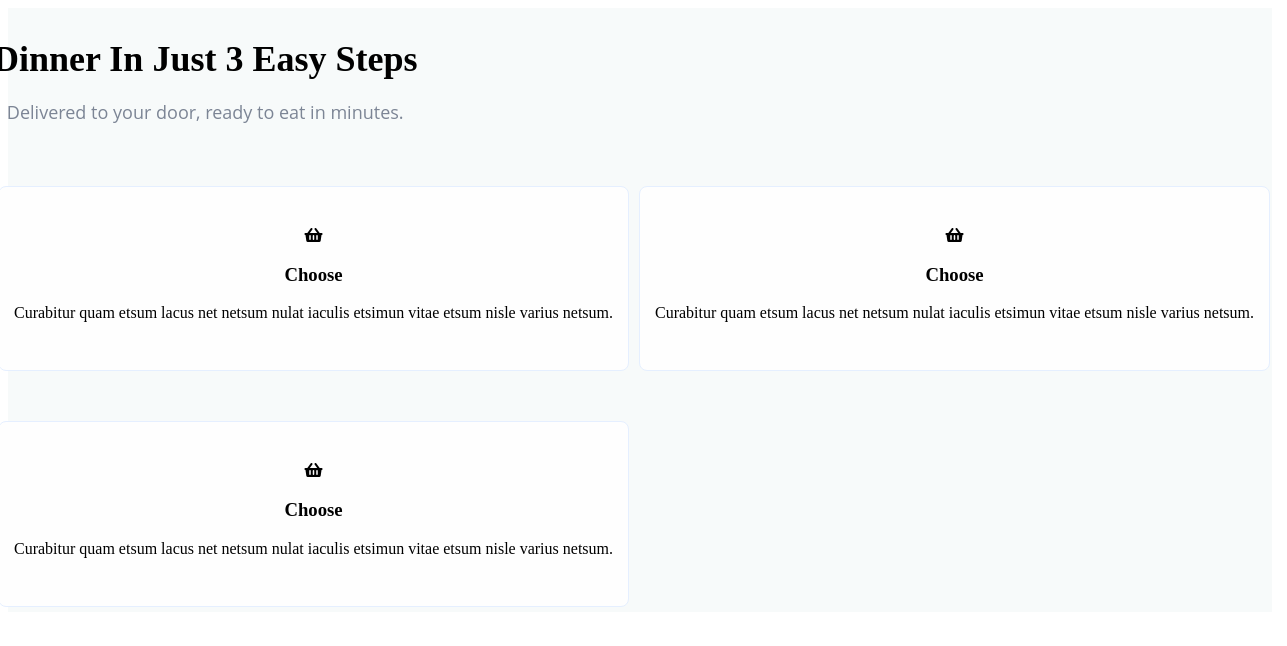
Repository: ST-United-Internship/leadpage
Page: card-UI.html
An editor plug-in stored every save of this project. The page is shown before and after a run of saves, followed by the edit.
The browser window is 1280 px wide. The page is 1287 px wide, so the pictures cover 1287 px, including what lies to the right of the window. The pictures show the whole page.

Above is the page before, as saved 2023-03-15 14:57:37.

After the next 2 saves:
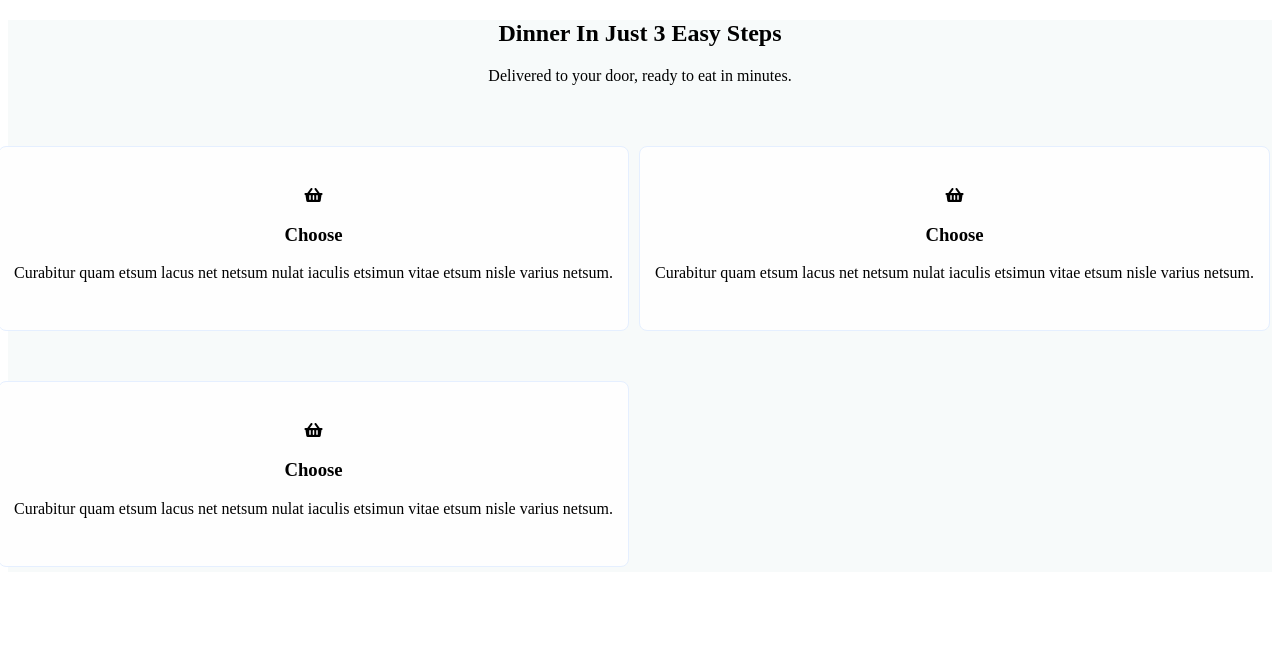
The 2 saves are shown as one change because they came seconds apart.
The last was saved 34 s later.
--- a/card-UI.html
+++ b/card-UI.html
@@ -13,7 +13,7 @@
         <section>
             <!--begin title-->
             <div class="about">
-                <div class="columm">
+                <div class="row-title">
                     <div class="title-text">
                         <h2>Dinner In Just 3 Easy Steps</h2>
                         <p>Delivered to your door, ready to eat in minutes.</p>
